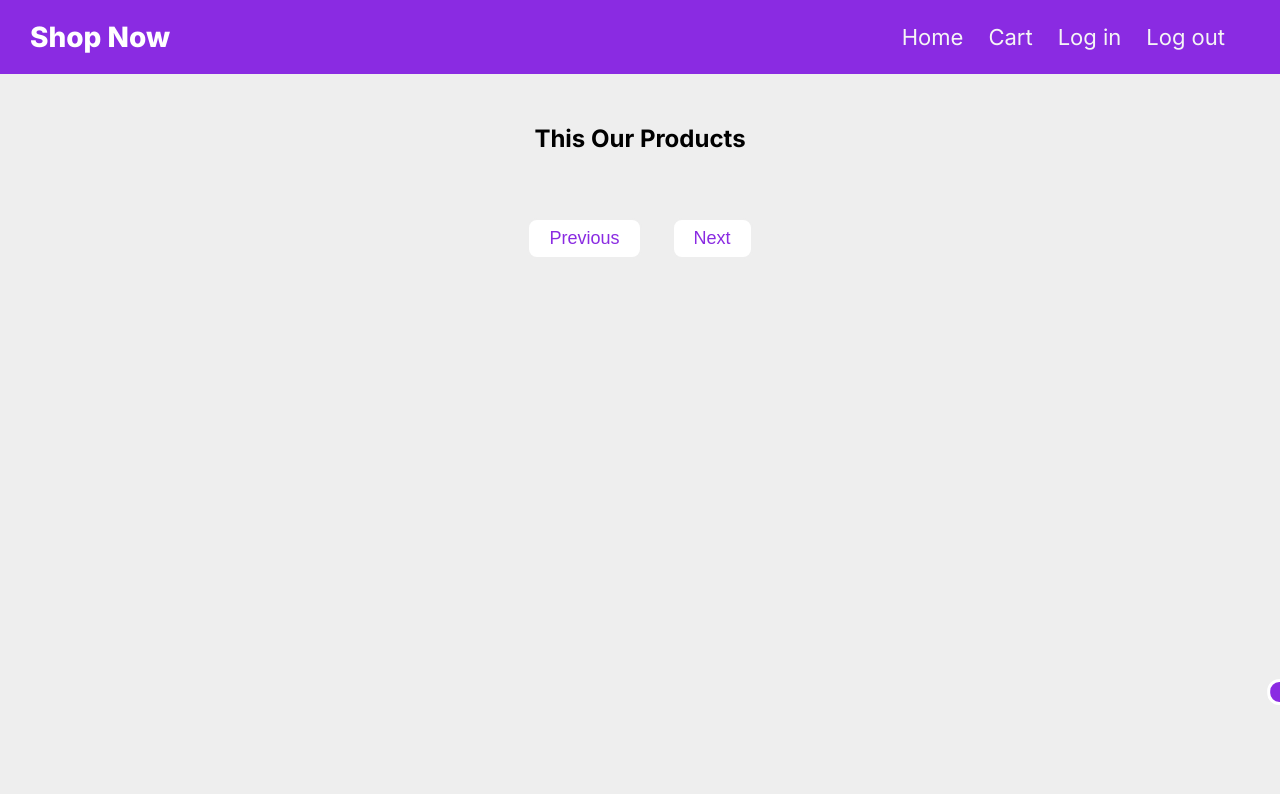
Repository: Eslam0Mohamed/simple-ecommerce-auth
Page: index.html
An editor plug-in stored every save of this project. The page is shown before and after a run of saves, followed by the edit.
The browser window is 1280 px wide. The pictures show the whole page.
The page's requests for data from a server got no answer.

Above is the page before, as saved 2026-02-02 14:30:11.
Console error: SyntaxError: Identifier 'modelMessage' has already been declared

After the next 3 saves:
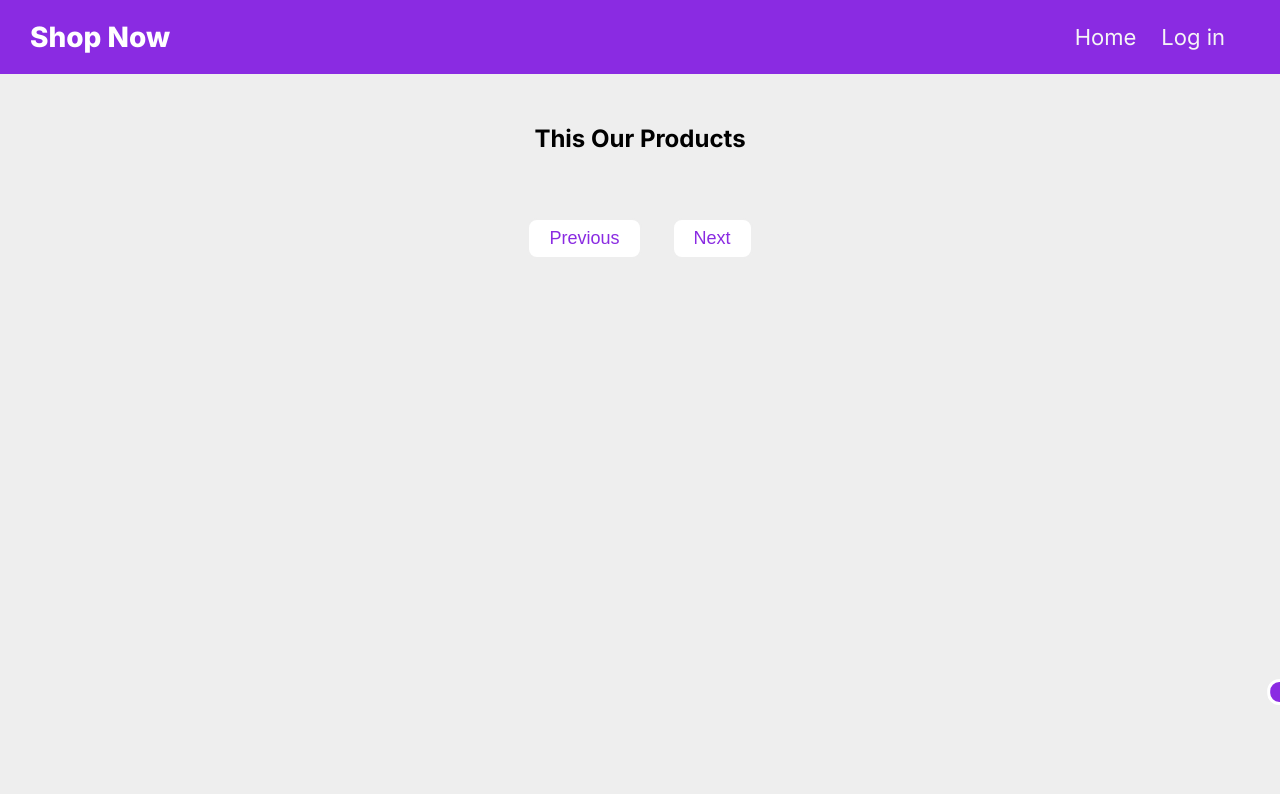
The error is gone.
The 3 saves are shown as one change because they came seconds apart.
The last was saved 12 s later.
--- a/javaScript/main.js
+++ b/javaScript/main.js
@@ -10,7 +10,7 @@ const welcomeMessage = document.querySelector(".welcome-message")
 const userData = JSON.parse(localStorage.getItem("userData"))
 const model = document.querySelector(".model")
 const modelMessage = document.querySelector(".model-message")
-const modelMessage = document.querySelector(".delete-model-message")
+const deleteMessage = document.querySelector(".delete-model-message")
 const deleteModelMessage = document.querySelector(".delete-model")
 let productsData
 // let productsList = []
